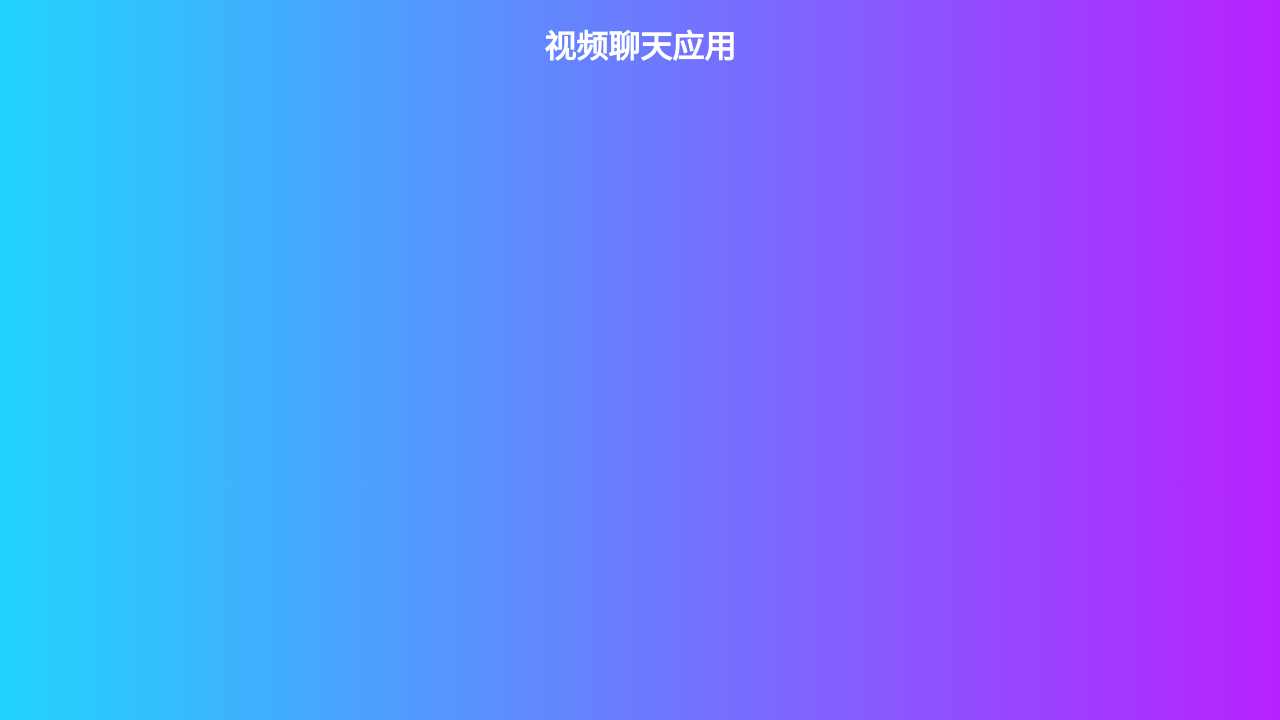
Repository: CodeFreedom-A/webRtc
Page: /
The author's editor kept a copy of each file at every save. The page is drawn from the files as they stood at one save, then again after the next save.
The browser window is 1280 px wide. The pictures show the whole page.
The page's requests for data from a server got no answer. The project was rebuilt for these pictures with package versions that can differ from the ones it lists, and the page was loaded fresh each time. No one was signed in, and anything a server would have sent is missing.

Above is the page before, as saved 2022-12-21 16:56:53.

After the next save:
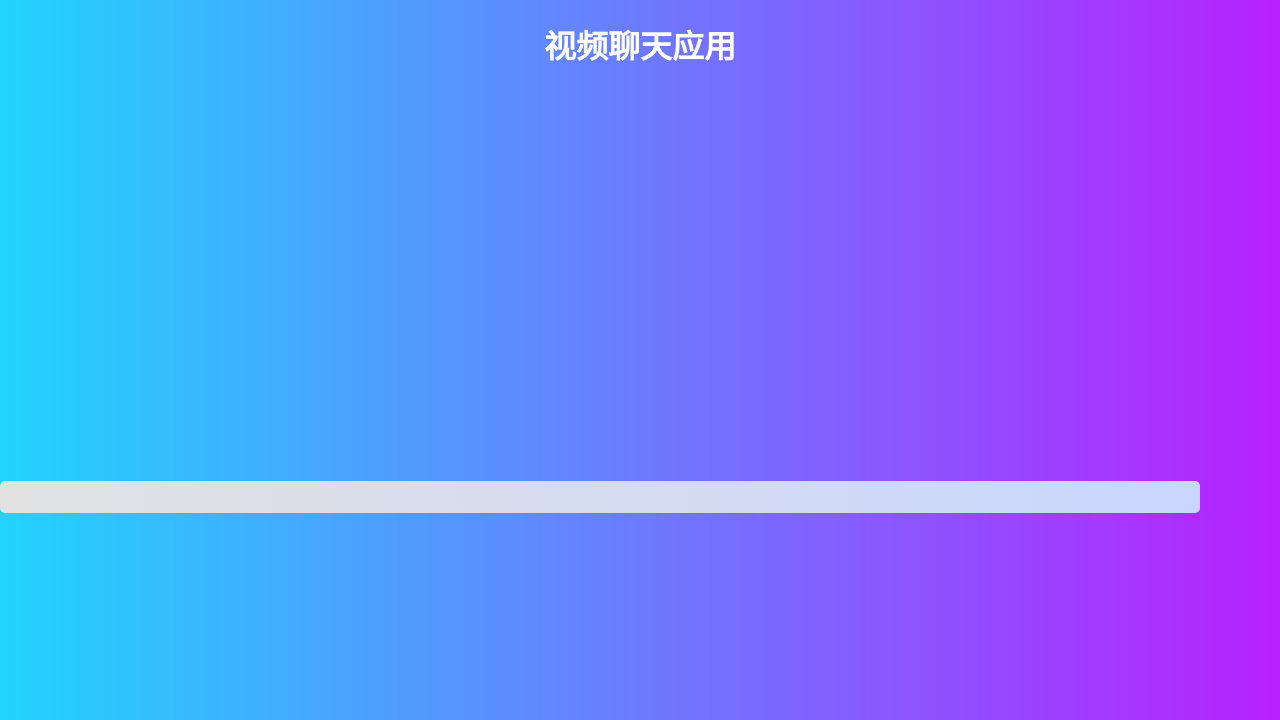
Saved 26 s later.
--- a/src/App.js
+++ b/src/App.js
@@ -51,6 +51,8 @@ function App() {
           </div>
         </div>
       </div>
+
+      <div className="myId"></div>
     </>
   );
 }
